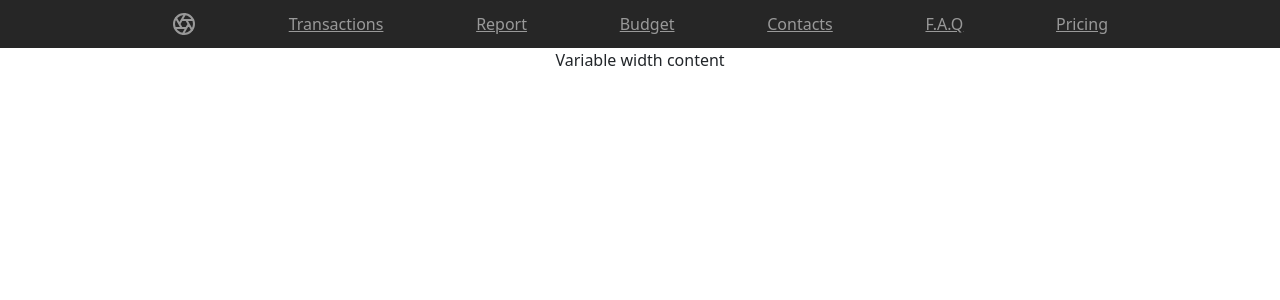
Repository: Nuriddinkhuja/budget-app-advanced
Page: index.html
These files come from the project's save history. The page is drawn as it stood at one moment and after the next save; the edit follows.
The browser window is 1280 px wide. The pictures show the whole page.
Some web libraries are served in a nearby version.

Above is the page before, as saved 2019-12-17 14:44:16.

After the next save:
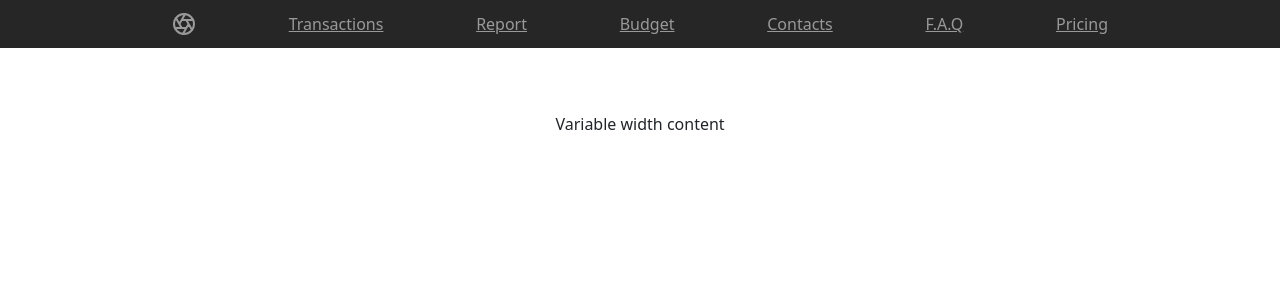
Saved 2 min 2 s later.
--- a/index.html
+++ b/index.html
@@ -22,7 +22,7 @@
         </div>
     </nav>
     <div class="container">
-        <div class="row justify-content-md-center">
+        <div class="row justify-content-md-center p-3 p-md-5 m-md-3">
             <div class="col-md-auto">
                     Variable width content
             </div>
